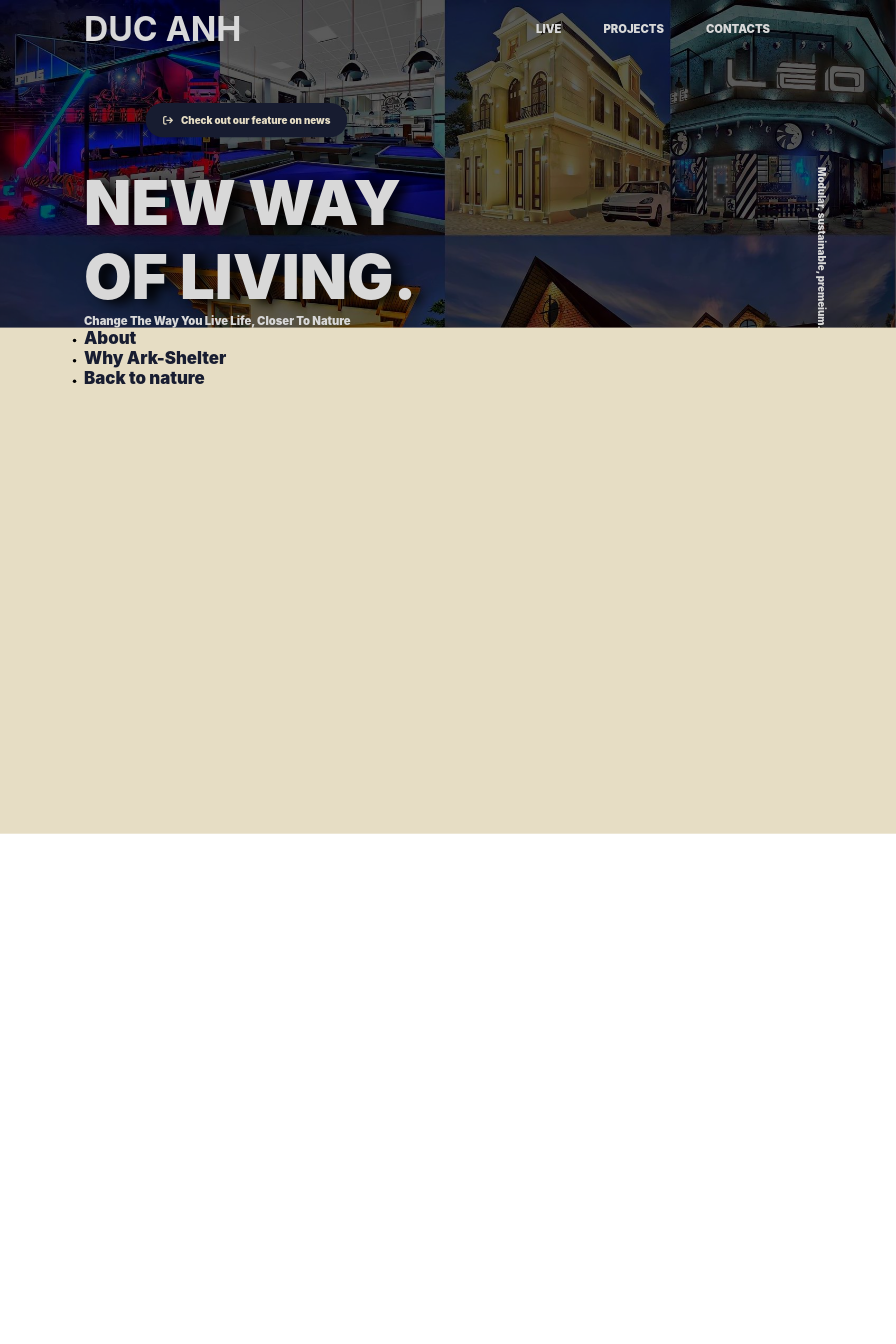
Repository: Ethanxcode/DucAnhNguyen
Page: index.html
An editor plug-in stored every save of this project. The page is shown before and after the next save, followed by the edit.
The browser window is 1280 px wide. The pictures show the part of the page from y = 0 to 1920 px (the page is 10000 px tall), at 70% of full size.

Above is the page before, as saved 2023-01-14 01:13:04.

### index.html
<!DOCTYPE html>
<html lang="en">
	<head>
		<meta charset="UTF-8" />
		<meta http-equiv="X-UA-Compatible" content="IE=edge" />
		<meta name="viewport" content="width=device-width, initial-scale=1.0" />
		<link rel="stylesheet" href="./style.css" />
		<link
			rel="stylesheet"
			href="https://cdnjs.cloudflare.com/ajax/libs/font-awesome/6.2.1/css/all.min.css"
		/>
		<!-- <link rel="stylesheet" type="text/css" href="/css/fonts.css" /> -->
		<title>DucAnhNguyen</title>
	</head>
	<body>
		<div id="root">
			<header class="container header">
				<div
					class="bg-image-holder header"
					style="
						background-image: url(./Assets/241194850_2108411145980762_7904081432669109629_n.jpg);
					"
				></div>
				<nav class="navigation content-above">
					<ul class="headerMenu">
						<li>
							<a href=""><h2 class="textLogo">Duc Anh</h2></a>
						</li>
						<li class="subHeaderMenu">
							<ul>
								<li>
									<a href="#" class="inter-black-iron-16px">Live</a>
								</li>
								<li>
									<a href="#" class="inter-black-iron-16px">Projects</a>
								</li>
								<li>
									<a href="#" class="inter-black-iron-16px">Contacts</a>
								</li>
							</ul>
						</li>
					</ul>
				</nav>
				<nav class="heroSubNavigation content-above">
					<button class="btn inter-black-almod-16px" style="margin-left: 88px">
						<i class="icon-margin-8px fa-solid fa-arrow-right-from-bracket"></i>
						Check out our feature on news
					</button>
					<h1 class="heroTitle">
						New way <br />
						of living.
					</h1>
					<p class="inter-black-iron-16px" style="text-transform: capitalize">
						change the way you live life, closer to nature
					</p>
					<p class="childrenSubNav">Modular, sustainable, premeium.</p>
				</nav>
			</header>

			<section class="AboutSection container content-above">
				<header class="HeaderSection">
					<ul class="HeaderSectionMenu">
						<li>
							<h4 class="inter-black-eerie-black-24px">About</h4>
						</li>
						<li>
							<h4 class="inter-black-eerie-black-24px">Why Ark-Shelter</h4>
						</li>
						<li>
							<h4 class="inter-black-eerie-black-24px">Back to nature</h4>
						</li>
					</ul>
				</header>
				<div class="row">
					<div class="flex-col-1 flex-col">
						<div class="g"></div>
					</div>
				</div>
			</section>
		</div>
	</body>
</html>

### style.css
* {
	padding: 0;
	margin: 0;
	box-sizing: border-box;
}

html {
	height: 10000px;
}

:root {
	--custom-color-one: rgb(32, 45, 99, 01);
	--custom-color-two: rgb(232, 198, 113);
	--black: rgba(0, 0, 0, 1);
	--mirage: rgba(23, 28, 48, 1);
	--eerie-black: rgba(24, 29, 49, 1);
	--tundora-2: rgba(67, 66, 66, 0.8);
	--tundora: rgba(67, 66, 66, 0.8);
	--pablo: rgba(120, 113, 108, 1);
	--iron: rgba(216, 216, 216, 1);
	--almod: rgba(230, 221, 196, 1);

	--font-size-xxs: 16px;
	--font-size-xs: 22px;
	--font-size-s: 24px;
	--font-size-m: 28px;
	--font-size-l: 32px;
	--font-size-xl: 36px;
	--font-size-xxl: 48px;
	--font-size-xxxl: 128px;

	--font-family-inter: 'Inter';
	--font-family-roboto: 'Roboto';
}

.root {
	max-width: 1920px;
	max-height: 10000px;
}

.col {
	float: left;
	padding-left: 8px;
	padding-right: 8px;
}

.col-third {
	width: 33.33333%;
}

.col-half {
	width: 50%;
}

.col-full {
	width: 100%;
}

.col-sm-12 {
	position: relative;
	width: 100%;
	padding-right: 15px;
	padding-left: 15px;
}

.mt-8 {
	margin-top: 8px;
}

.mt-16 {
	margin-top: 16px;
}

.mt-32 {
	margin-top: 32px;
}

.row {
	display: flex;
	flex-wrap: wrap;
	width: 100%;
	margin-right: -15px;
	margin-left: -15px;
}

.first-sub-row {
	width: 100%;
	/* padding: 0 15px; */
	margin: 0 auto;
	flex: wrap;
	display: flex;
}

.second-sub-row {
	width: 100% !important;
	/* padding: 0 15px; */
	margin: 0 auto;
	justify-content: space-between;
}

/* Classes */
.inter-black-iron-16px {
	color: var(--iron);
	font-family: var(--font-family-inter);
	font-size: var(--font-size-xxs);
	font-weight: 900;
	font-style: normal;
	text-transform: uppercase;
	user-select: none;
}

.inter-black-iron-24px {
	color: var(--iron);
	font-family: var(--font-family-inter);
	font-size: var(--font-size-s);
	font-weight: 900;
	font-style: normal;
	user-select: none;
}

.inter-black-eerie-black-24px {
	color: var(--eerie-black);
	font-family: var(--font-family-inter);
	font-size: var(--font-size-s);
	font-weight: 900;
	font-style: normal;
}

.inter-medium-black-24px {
	color: var(--black);
	font-family: var(--font-family-inter);
	font-size: var(--font-size-s);
	font-weight: 500;
	font-style: normal;
}

.inter-medium-black-32px {
	color: var(--black);
	font-family: var(--font-family-inter);
	font-size: var(--font-size-l);
	font-weight: 500;
	font-style: normal;
}

.inter-medium-tundora-28px {
	color: var(--tundora);
	font-family: var(--font-family-roboto);
	font-size: var(--font-size-m);
	font-weight: 500;
	font-style: normal;
}

.inter-medium-tundora-28px-2 {
	color: var(--tundora-2);
	font-family: var(--font-family-inter);
	font-size: var(--font-size-m);
	font-weight: 500;
	font-style: normal;
}

.inter-medium-tundora-28px-2 {
	color: var(--tundora);
	font-family: var(--font-family-inter);
	font-size: var(--font-size-m);
	font-weight: 500;
	font-style: normal;
}

.btn {
	text-decoration: none;
	padding: 16px 24px;
	margin: 0;
	background-color: var(--mirage);
	color: var(--almod);
	font-weight: 500;
	display: inline-block;
	box-shadow: 0 4px 30px rgb(0 0 0 / 10%);
	transition: 0.3s ease;
	border: none;
	/* position: relative; */
	text-align: center;
	border-radius: 100px;
	font-family: var(--font-family-inter);
	font-size: 14px;
	font-weight: 900;
	font-style: normal;
}
.icon-margin-8px {
	margin-right: 8px;
}
.btn:hover {
	background-color: rgba(11, 16, 41, 0.85);
	color: rgb(233, 200, 117);
	cursor: pointer;
}

.btn:hover:before {
	opacity: 0.07;
	visibility: visible;
}

.btn:hover {
	/* color: #212529; */
	text-decoration: none;
}

.btn--xs {
	line-height: 42px;
	padding: 0 19px;
	font-size: 15px;
	margin: 0px 8px;
}

.btn--news-xs {
	line-height: 36px;
	padding: 6px 20px;
	font-size: 15px;
}

.btn--news-xs > a {
	line-height: 36px;
	/* padding: 4px 16px; */
	font-size: 20px;
	color: #fff;
	font-weight: 400;
}

.news-btn {
	margin-top: 16px;
}

.btn-form--xs {
	line-height: 36px;
	padding: 0 19px;
	font-size: 15px;
}

.btn--lg,
.btn-lg {
	line-height: 55px;
	font-size: 16px;
	min-width: 195px;
}

.heroTitle {
	color: var(--iron);
	font-family: var(--font-family-inter);
	font-size: 88px;
	font-weight: 900;
	letter-spacing: 0;
	line-height: normal;
	margin-top: 40px;
	min-height: 150px;
	text-transform: uppercase;
	/* width: 752px; */
	text-shadow: 14px 4px 16px #000;
	user-select: none;
}

.textLogo {
	text-transform: uppercase;
	color: var(--iron);
	font-family: var(--font-family-inter);
	font-size: var(--font-size-xxl);
	font-weight: 900px;
	letter-spacing: 0;
	line-height: normal;
	/* min-height: 94px; */
	/* min-width: 334px; */
	user-select: none;
}

.container {
	width: 100%;
	padding-right: 120px;
	padding-left: 120px;
	margin-right: auto;
	margin-left: auto;
}

.content-above {
	position: relative;
	z-index: 2;
	user-select: none;
}

.bg-image-holder {
	position: absolute;
	height: 100%;
	width: 100%;
	top: 0;
	left: 0;
	background-size: cover;
	/* background-position: 50% 50% !important; */
	z-index: 0;
	filter: brightness(36%) contrast(100%) saturate(180%);
	box-shadow: inset 0px -36px 100px rgba(0, 0, 0, 0.25);
	-webkit-backdrop-filter: brightness(36%) contrast(100%) saturate(180%);
	/* scale: (5px); */
	/* -webkit-transition: opacity 0.3s linear; */
}

.navigation {
	margin-bottom: 64px;
}

.heroSubNavigation {
	width: 100%;
	position: relative;
}

/* .navigation .subNavigation {
	display: table;
	vertical-align: middle;
	text-align: center;
	width: 100%;
	height: 100%;
} */

.childrenSubNav {
	color: var(--iron);
	font-family: var(--font-family-inter);
	font-size: 14px;
	font-weight: 900;
	position: absolute;
	/* margin-bottom: 61px; */
	margin-right: -130px;
	/* min-height: 27px; */
	/* min-width: 360px; */
	transform: rotate(90deg);
	/* position: relative; */
	right: 0;
	top: 62%;
}

.hero-area .hero-content .content-wrapper {
	display: table-cell;
	vertical-align: middle;
}

.headerMenu {
	align-items: center;
	display: flex;
	justify-content: space-between;
}

.headerMenu > li {
	display: inline-block;
	/* padding: 12px 0; */
	/* margin-right: 30px; */
	list-style: none;
}

a {
	text-decoration: none;
}

.subHeaderMenu > ul {
	flex-direction: row;
	display: flex;
}

.subHeaderMenu > ul > li {
	list-style: none;
	line-height: 34px;
	margin-right: 60px;
	padding: 24px 0;
}

subHeaderMenu > ul > li > a {
	/* gap: 0.5em; */
	text-decoration: none;
}

.subHeaderMenu > ul > li > a:hover {
	cursor: pointer;
	gap: 0.5em;
	color: var(--pablo);
	/* background-color: #fffd; */
	/* backdrop-filter: blur(10px) saturate(160%) contrast(180%); */
}

.header {
	height: 100%;
	display: block;
}

.AboutSection {
	background-color: var(--almod);
	height: 723px;
	/* position: relative; */
	width: 100%;
}

After the next save:
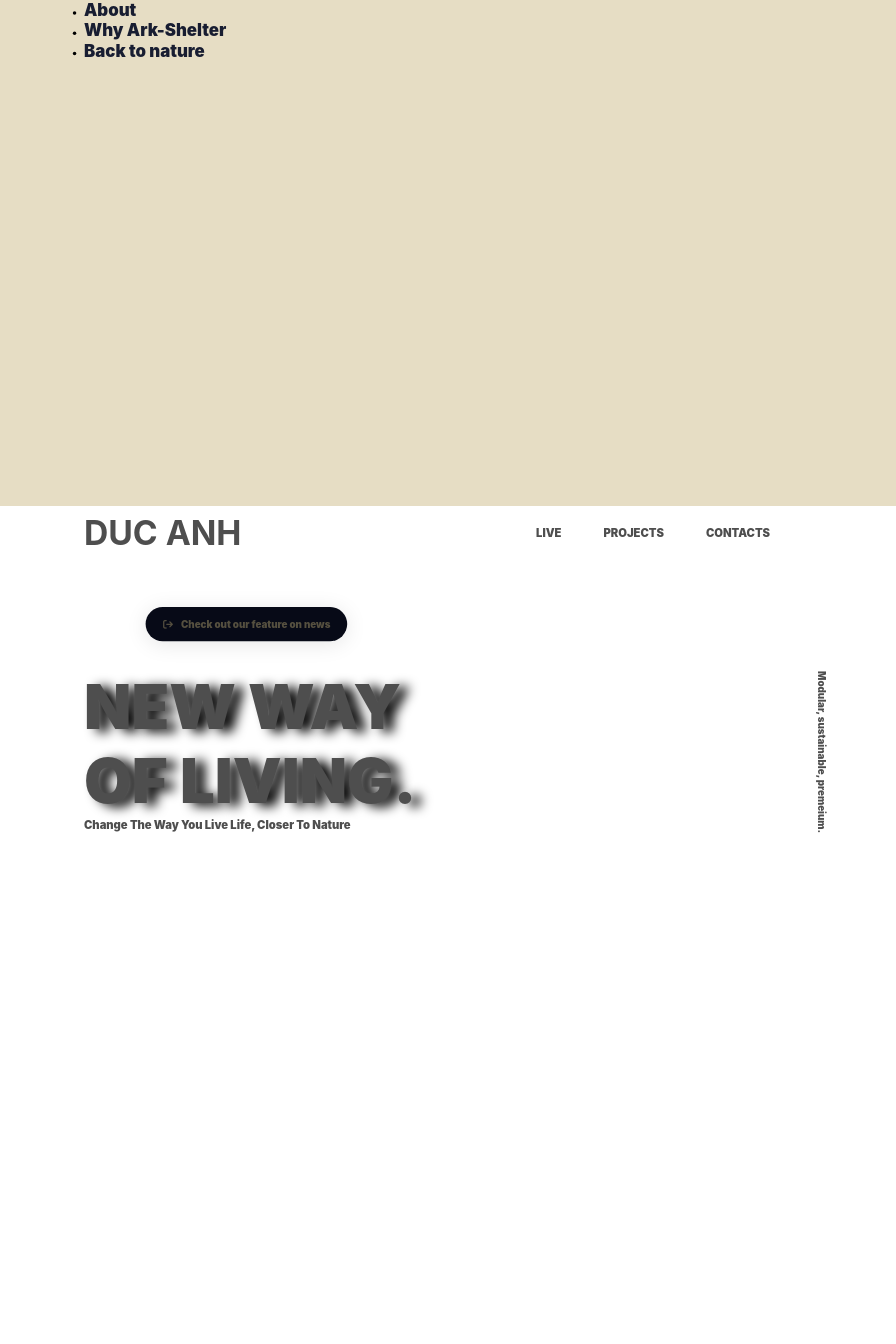
Saved 9 s later.
--- a/index.html
+++ b/index.html
@@ -14,9 +14,9 @@
 	</head>
 	<body>
 		<div id="root">
-			<header class="container header">
+			<header class="container header bg-image-holder">
 				<div
-					class="bg-image-holder header"
+					class="header"
 					style="
 						background-image: url(./Assets/241194850_2108411145980762_7904081432669109629_n.jpg);
 					"
